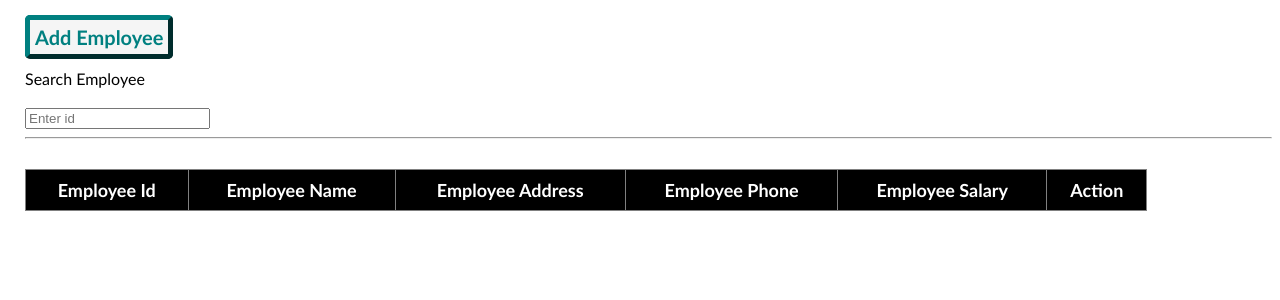
Repository: prieeyatambe/priyatambe_SpringMavenHibernate
Page: http://localhost/Project/WEB-INF/view/list.jsp
An editor plug-in stored every save of this project. The page is shown before and after the next save, followed by the edit.
The browser window is 1280 px wide. The pictures show the whole page.
The page is served by Tomcat 9. Nobody is signed in. The template is opened directly, without the code that normally fills it, so the values that code supplies are empty.

Above is the page before, as saved 2024-03-06 10:04:24.

After the next save:
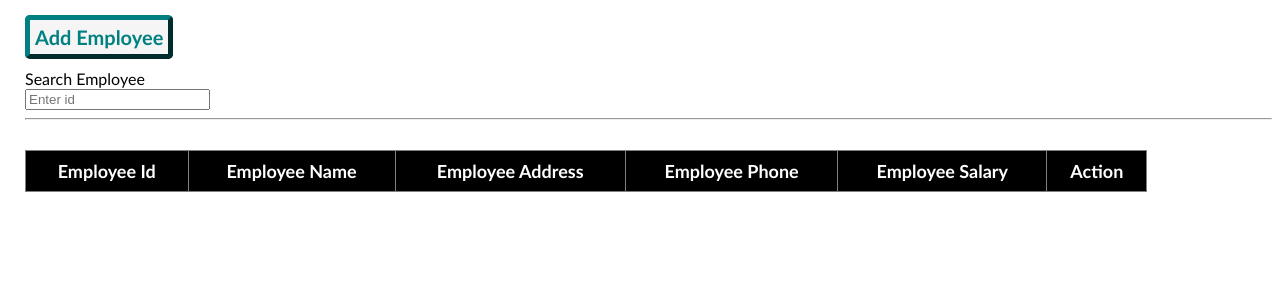
Saved 21 s later.
--- a/SpringMaven/mavenproject/Project/src/main/webapp/WEB-INF/view/list.jsp
+++ b/SpringMaven/mavenproject/Project/src/main/webapp/WEB-INF/view/list.jsp
@@ -76,10 +76,11 @@ td{
 
 <a href="addEmp" class="link-button">Add Employee</a><br>
 
-<div class="fetch-emp">Search Employee</div><br>
+<div class="fetch-emp">Search Employee<br>
 	<form action="fetchEmp" method="get">
 		<input type="number" placeholder="Enter id">
 	</form>
+</div>
 <hr>
 		<table border="1">
 			<tr>
